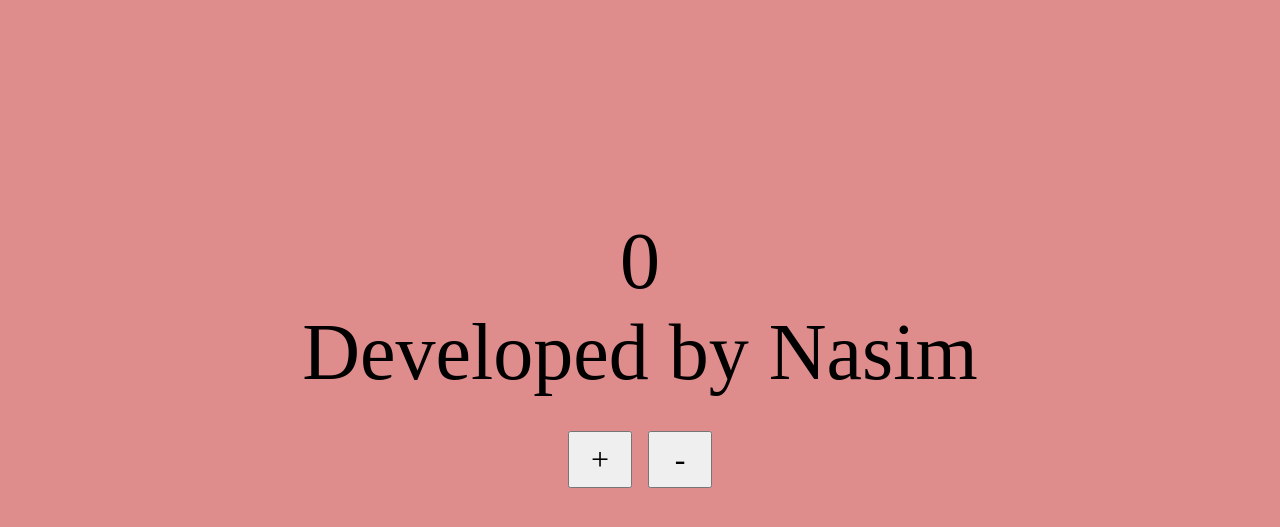
Repository: nasimqureshi/counter-in-redux
Page: /
These files come from the project's save history. The page is drawn as it stood at one moment and after a run of saves; the edit follows.
The browser window is 1280 px wide. The pictures show the whole page.
The project was rebuilt for these pictures with package versions that can differ from the ones it lists, and the page was loaded fresh each time.

Above is the page before, as saved 2024-10-16 22:58:54.

After the next 2 saves:
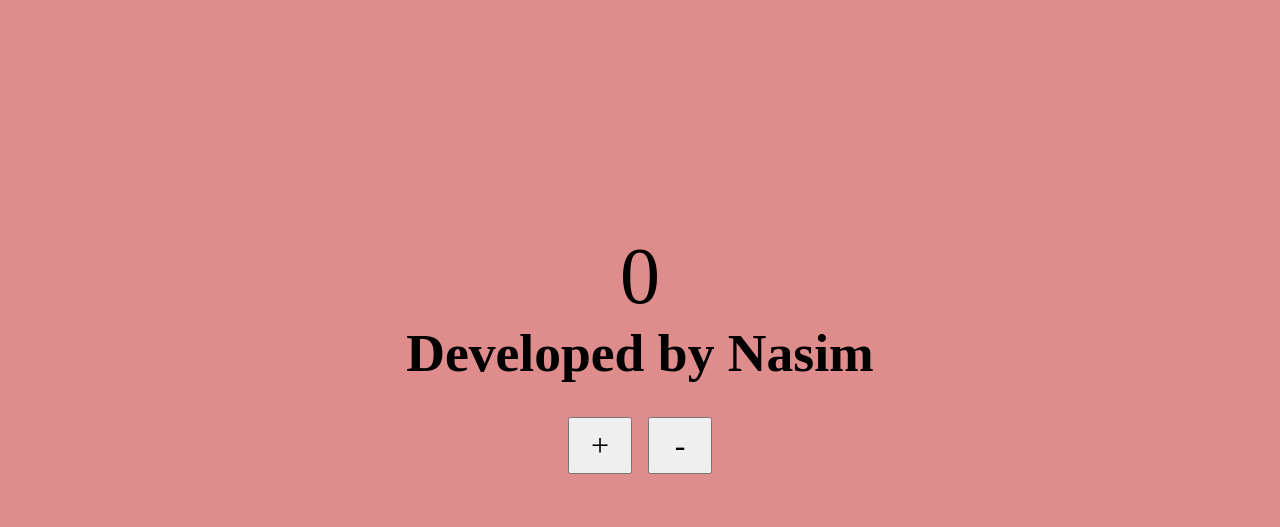
The 2 saves are shown as one change because they came seconds apart.
The last was saved 7 s later.
--- a/src/features/counter/Counter.js
+++ b/src/features/counter/Counter.js
@@ -9,7 +9,7 @@ const Counter = () => {
   return (
     <section>
       <p>{count}</p>
-      <>Developed by Nasim</>
+      <h6>Developed by Nasim</h6>
       <div>
         <button onClick={()=> dispatch(increment())}>+</button>
         <button onClick={()=> dispatch(decrement())}>-</button>
